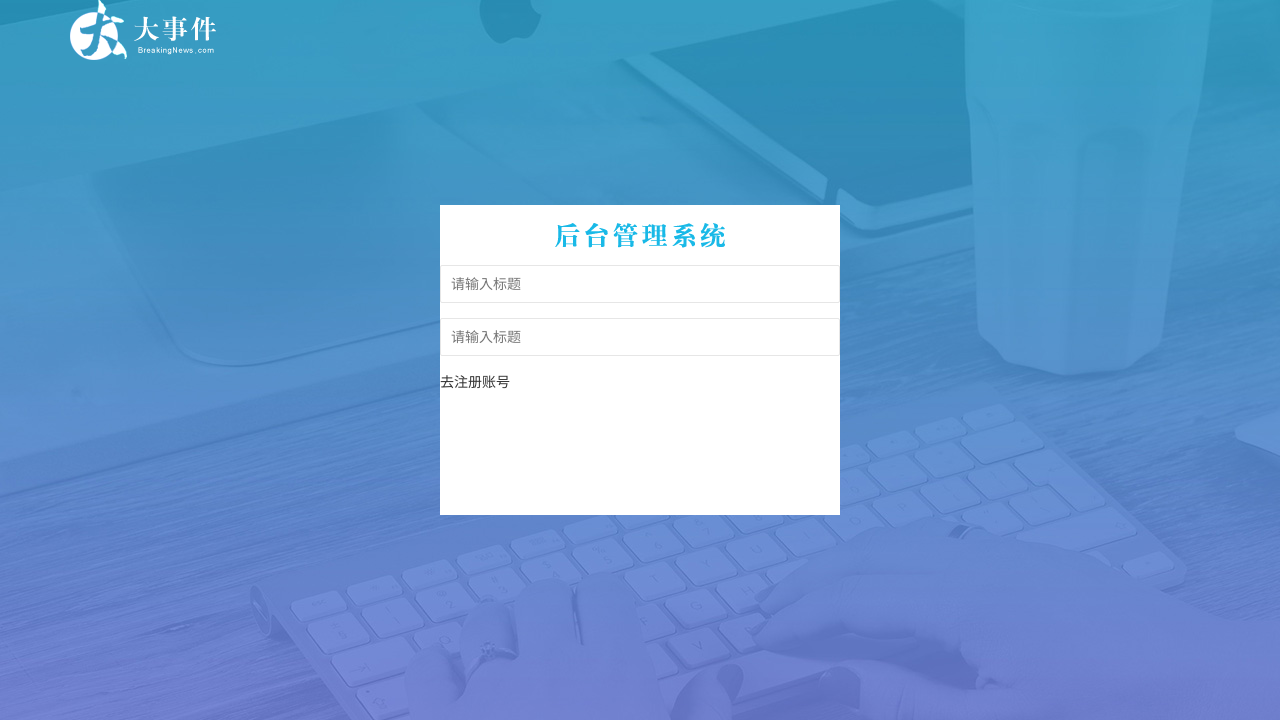
Repository: R1Deemo/Main-project
Page: login.html
An editor plug-in stored every save of this project. The page is shown before and after the next save, followed by the edit.
The browser window is 1280 px wide. The pictures show the whole page.

Above is the page before, as saved 2022-10-28 20:01:20.

### login.html
<!DOCTYPE html>
<html lang="en">

<head>
    <meta charset="UTF-8">
    <meta http-equiv="X-UA-Compatible" content="IE=edge">
    <meta name="viewport" content="width=device-width, initial-scale=1.0">
    <title>大事件-登录/注册</title>
    <link rel="stylesheet" href="/assets/css/login.css" />
    <link rel="stylesheet" href="/assets/lib/layui/css/layui.css" />
</head>

<body>
    <!-- 头部logo -->
    <div class="layui-main">
        <img src="/assets/images/logo.png" alt="" />
    </div>
    <!-- 登录注册 -->
    <div class="loginAndRegBox">
        <div class="title-box"></div>
        <!-- 登录 -->
        <div class="login-box">
            <!-- 登录的表单 -->
            <form class="layui-form" action="">
                <!-- 第一个input -->
                <div class="layui-form-item">
                    <input type="text" name="title" required lay-verify="required" placeholder="请输入标题" autocomplete="off" class="layui-input">
                </div>
                <!-- 第二个输入 -->
                <div class="layui-form-item">
                    <input type="text" name="title" required lay-verify="required" placeholder="请输入标题" autocomplete="off" class="layui-input">
                </div>
            </form>
            <a href="javascript:;" id="link_reg">去注册账号</a>
        </div>
        <!-- 注册 -->
        <div class="reg-box"> <a href="javascript:;" id="link_login"> 去登陆</a> </div>

    </div>
    <!-- 导入jQuery -->
    <script src="/assets/lib/jquery.js"></script>
    <script src="/assets/js/login.js"></script>
</body>

</html>

### assets/css/login.css
html,
body {
    margin: 0;
    padding: 0;
    height: 100%;
    width: 100%;
    /* background-color: red; */
    background: url('/assets/images/login_bg.jpg') no-repeat center;
    background-size: cover;
}

.loginAndRegBox {
    width: 400px;
    height: 310px;
    background-color: #FFF;
    position: absolute;
    left: 50%;
    top: 50%;
    transform: translate(-50%, -50%);
}

.title-box {
    height: 60px;
    background: url('/assets/images/login_title.png')no-repeat center;
}

.reg-box {
    display: none;
}

### assets/js/login.js
$(function() {
    $('#link_reg').on('click', function() {
        $('.reg-box').show()
        $('.login-box').hide()
    })

    $('#link_login').on('click', function() {
        $('.reg-box').hide()
        $('.login-box').show()
    })
})

Loaded but not shown: assets/lib/layui/css/layui.css (library); assets/lib/jquery.js (library)

After the next save:
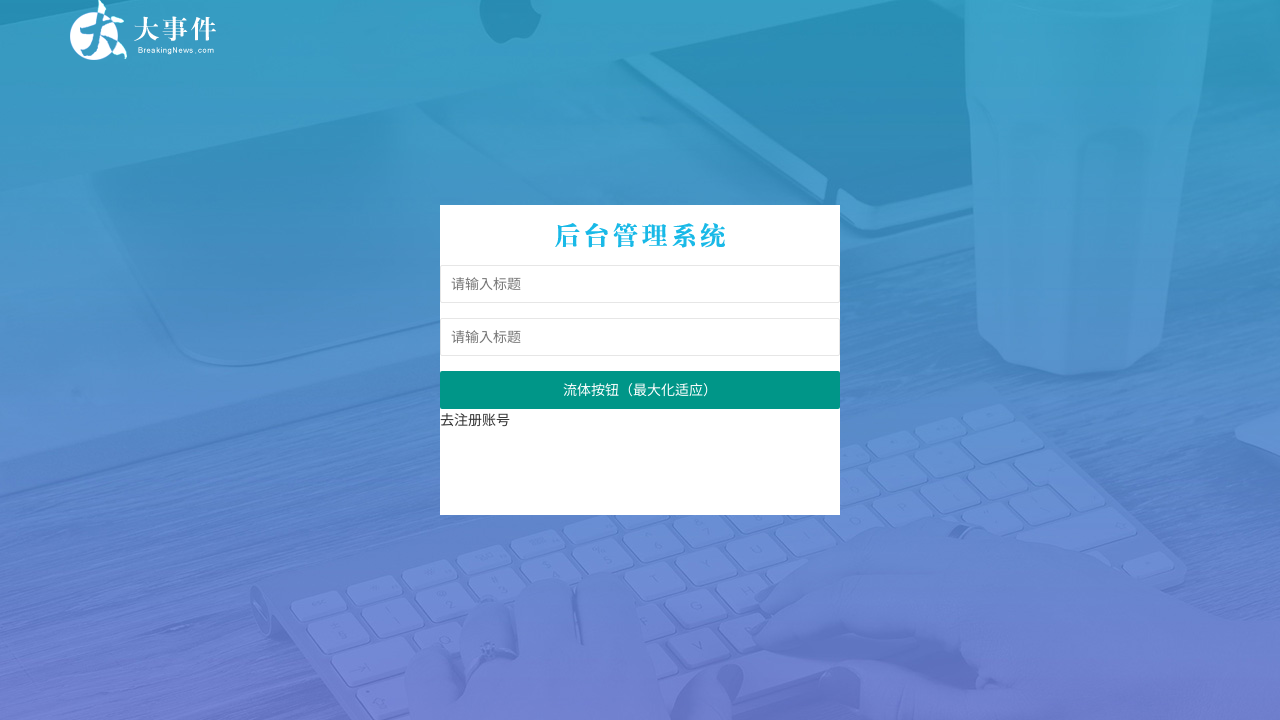
Saved 87 s later.
--- a/login.html
+++ b/login.html
@@ -22,14 +22,16 @@
         <div class="login-box">
             <!-- 登录的表单 -->
             <form class="layui-form" action="">
-                <!-- 第一个input -->
+                <!-- 用户名-->
                 <div class="layui-form-item">
                     <input type="text" name="title" required lay-verify="required" placeholder="请输入标题" autocomplete="off" class="layui-input">
                 </div>
-                <!-- 第二个输入 -->
+                <!-- 密码 -->
                 <div class="layui-form-item">
                     <input type="text" name="title" required lay-verify="required" placeholder="请输入标题" autocomplete="off" class="layui-input">
                 </div>
+                <!-- 登录按钮 -->
+                <button type="button" class="layui-btn layui-btn-fluid">流体按钮（最大化适应）</button>
             </form>
             <a href="javascript:;" id="link_reg">去注册账号</a>
         </div>
